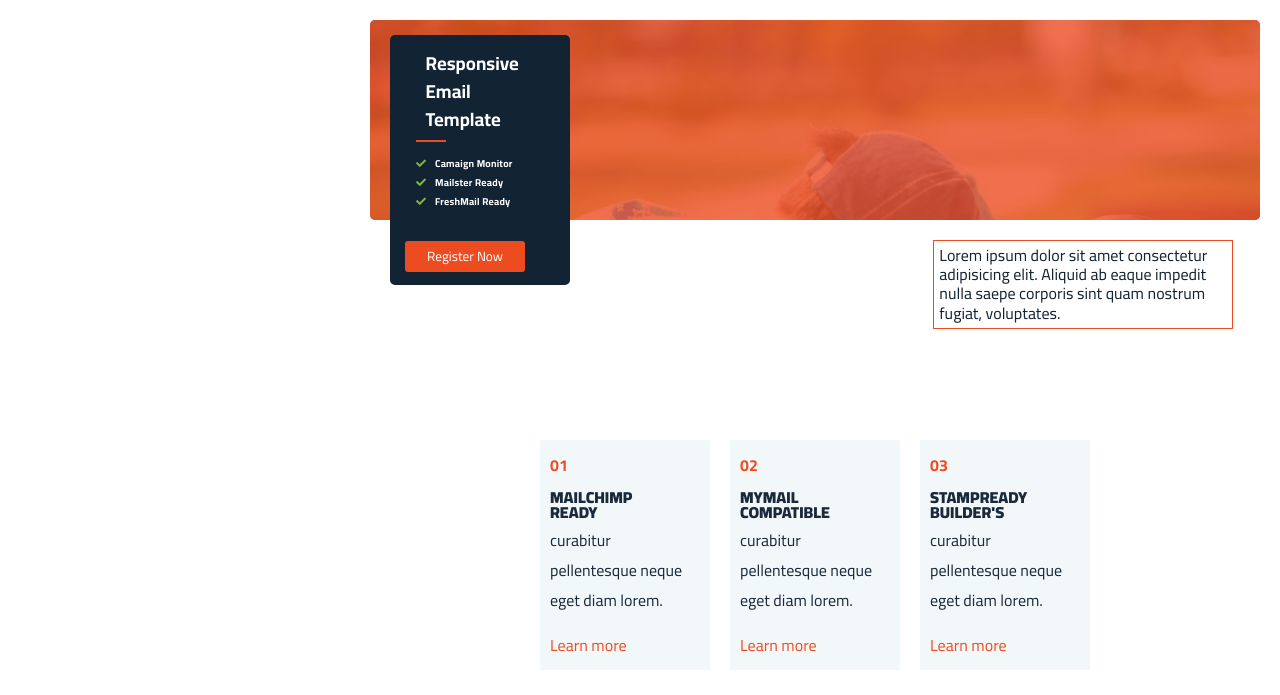
Repository: Z-ayat/Challenges
Page: Challenge 3/index.html
The author's editor kept a copy of each file at every save. The page is drawn from the files as they stood at one save, then again after the next save.
The browser window is 1280 px wide. The pictures show the part of the page from y = 0 to 695 px (the page is 903 px tall).
Pictures or frames that could not be fetched are drawn as grey boxes.

Above is the page before, as saved 2021-09-04 03:00:35.

### Challenge 3/index.html
<!DOCTYPE html>
<html lang="en">

<head>
    <meta charset="UTF-8">
    <title>Responsive Mail</title>
    <link rel="stylesheet" href="styling/css/master.css">
    <link rel="stylesheet" href="styling/css/all.min.css">
    <link rel="preconnect" href="https://fonts.googleapis.com">
    <link rel="preconnect" href="https://fonts.gstatic.com" crossorigin>
    <link href="https://fonts.googleapis.com/css2?family=Cairo:wght@400;600;700;900&display=swap" rel="stylesheet">
</head>

<body>
    <div class="layout">
        <div class="header">
            <div class="pop">
                <h3>Responsive Email Template</h3>
                <div class="checked">
                    <p class="green-right">Camaign Monitor</p>
                    <p class="green-right">Mailster Ready</p>
                    <p class="green-right">FreshMail Ready</p>
                </div>
                <button class="reg">Register Now</button>
            </div>
        </div>
        <div class="nthere">
            <div class="bord">
                <p>Lorem ipsum dolor sit amet consectetur adipisicing elit. Aliquid ab eaque impedit nulla saepe corporis sint quam nostrum fugiat, voluptates.</p>
            </div>
        </div>
        <div class="cards">
            <div class="one">
                <h4>01</h4>
                <p class="heading-of-card">mailchimp ready</p>
                <p class="card-shits">curabitur pellentesque neque eget diam lorem.</p>
                <p class="learnmore">Learn more </p>

            </div>
            <div class="two">
                <h4>02</h4>
                <p class="heading-of-card">mymail compatible</p>
                <p class="card-shits">curabitur pellentesque neque eget diam lorem.</p>
                <p class="learnmore">Learn more </p>
            </div>
            <div class="three">
                <h4>03</h4>
                <p class="heading-of-card">stampready builder's</p>
                <p class="card-shits">curabitur pellentesque neque eget diam lorem.</p>
                <p class="learnmore">Learn more </p>
            </div>
        </div>
        <div class="foot">
            <div class="op"></div>
            <h3>Article title</h3>
            <p class="eot">Curabitur pellentesque neque eget diam lorem porta. Quisque ut nulla at nunc vehicula posuere placerat eget purus vel lacinia.</p>
            <button class="LMB">LEARN MORE</button><img src="styling/img/architecture-modern-minimal-home.jpg" width="165px" height="165px" alt="">
        </div>
    </div>
    </div>
</body>

</html>

### Challenge 3/styling/css/master.css
* {
    padding: 0;
    margin: 0;
    box-sizing: border-box;
}

:root {
    --maincolor: #122333;
    --secondrycolor: #ED4C21;
    --fontcolor: white;
    /* --anothercolor:; */
    --mainfont: 'Cairo', sans-serif;
    --cardsbgc: #F2F8FA;
    --mainrad: 5px;
}

h3 {
    width: 124px;
    font-family: var(--mainfont);
    color: var(--fontcolor);
}

.layout {
    padding: 20px;
    display: grid;
    gap: 10px;
    grid-template-rows: 200px 200px 245px 200px;
    grid-template-columns: 1fr 600حء 1fr;
    height: 100vh;
}

.header {
    position: relative;
    grid-column-start: 2;
    width: 100%;
    height: 200px;
    background: url(../img/images-24_1080x.jpg);
    background-repeat: no-repeat;
    background-size: cover;
    border-radius: var(--mainrad);
    -webkit-border-radius: var(--mainrad);
    -moz-border-radius: var(--mainrad);
    -ms-border-radius: var(--mainrad);
    -o-border-radius: var(--mainrad);
}

.header::after {
    height: 100%;
    width: 100%;
    position: absolute;
    left: 0;
    top: 0;
    z-index: 0;
    background-color: var(--secondrycolor);
    content: "";
    opacity: 0.8;
    border-radius: var(--mainrad);
    -webkit-border-radius: var(--mainrad);
    -moz-border-radius: var(--mainrad);
    -ms-border-radius: var(--mainrad);
    -o-border-radius: var(--mainrad);
}

.green-right {
    position: relative;
    margin-left: 30px;
    font-size: 10px;
    font-weight: bold;
    letter-spacing: 0.23px;
    color: var(--fontcolor);
    font-family: var(--mainfont);
}

.checked {
    margin-top: 20px;
    background-color: var(--maincolor);
}

.pop {
    position: absolute;
    left: 20px;
    top: 15px;
    padding-top: 5px;
    padding-left: 15px;
    border-radius: var(--mainrad);
    width: 180px;
    height: 250px;
    background-color: var(--maincolor);
    z-index: 2;
    -webkit-border-radius: var(--mainrad);
    -moz-border-radius: var(--mainrad);
    -ms-border-radius: var(--mainrad);
    -o-border-radius: var(--mainrad);
}

.pop h3 {
    line-height: 1.5;
    position: relative;
    margin: 10px auto;
}

.pop h3::after {
    position: absolute;
    content: "";
    height: 2px;
    width: 30px;
    bottom: -8px;
    left: -10px;
    background-color: var(--secondrycolor);
}

.green-right::before {
    position: absolute;
    top: 4px;
    display: block;
    left: -19px;
    color: #81B73E;
    font-family: "Font Awesome 5 Free";
    font-weight: 900;
    content: "\f00c";
}

.green-right::before {
    display: inline-block;
    font-style: normal;
    font-variant: normal;
    text-rendering: auto;
    -webkit-font-smoothing: antialiased;
}

.reg {
    padding: 3px;
    width: 120px;
    color: var(--fontcolor);
    background-color: var(--secondrycolor);
    outline: none;
    border: none;
    border-radius: 3px;
    margin: 30px 0 20px 0px;
    font-family: var(--mainfont);
    -webkit-border-radius: 3px;
    -moz-border-radius: 3px;
    -ms-border-radius: 3px;
    -o-border-radius: 3px;
}

.nthere {
    grid-column-start: 2;
    grid-row-start: 2;
    position: relative;
}

.bord {
    border: var(--secondrycolor) solid 1px;
    padding: 5px;
    width: 300px;
    position: absolute;
    top: 10px;
    right: 3%;
    font-family: var(--mainfont);
    line-height: 1.2;
    color: var(--maincolor);
}

.cards {
    display: grid;
    gap: 20px;
    grid-template-columns: repeat(3, 170px);
    justify-content: center;
    grid-column-start: 2;
    grid-row-start: 3;
}

.one,
.two,
.three {
    padding: 10px;
    height: max-content;
    background-color: var(--cardsbgc);
}

h4 {
    color: var(--secondrycolor);
    font-family: var(--mainfont);
    margin-bottom: 10px;
}

.heading-of-card {
    margin-bottom: 5px;
    text-transform: uppercase;
    font-weight: 800;
    width: 20px;
    line-height: 0.95;
}

.card-shits {
    margin-bottom: 15px;
    color: #7F7F7F;
    width: 150px;
}

.heading-of-card,
.card-shits {
    color: #1A2A3A;
    font-family: var(--mainfont);
}

.learnmore {
    font-family: var(--mainfont);
    color: var(--secondrycolor);
}

.foot {
    width: 100%;
    position: relative;
    background: url(../img/pexels-suzukii-xingfu-708764.jpg);
    height: 100%;
    background-size: cover;
    background-position: center;
    grid-column-start: 2;
    border-radius: var(--mainrad);
    padding: 15px;
    -webkit-border-radius: var(--mainrad);
    -moz-border-radius: var(--mainrad);
    -ms-border-radius: var(--mainrad);
    -o-border-radius: var(--mainrad);
}

.foot img {
    position: absolute;
    top: 9%;
    right: 6%;
}

.eot {
    margin-top: 10px;
    color: var(--fontcolor);
    width: 250px;
}

.foot h3 {
    position: relative;
    margin-top: 10px;
}

.foot h3::after {
    position: absolute;
    content: "";
    height: 2px;
    width: 30px;
    bottom: -2px;
    left: 0px;
    background-color: var(--secondrycolor);
}

.LMB {
    padding: 3px;
    width: 120px;
    color: var(--fontcolor);
    background-color: var(--secondrycolor);
    outline: none;
    border: none;
    border-radius: 3px;
    margin: 15px 0 20px 0px;
    font-family: var(--mainfont);
    -webkit-border-radius: 3px;
    -moz-border-radius: 3px;
    -ms-border-radius: 3px;
    -o-border-radius: 3px;
}

.foot::after {
    isolation: isolate;
    z-index: -1;
    height: 100%;
    width: 100%;
    position: absolute;
    left: 0;
    top: 0;
    z-index: 0;
    background-color: var(--maincolor);
    content: "";
    opacity: 0.8;
    border-radius: var(--mainrad);
    -webkit-border-radius: var(--mainrad);
    -moz-border-radius: var(--mainrad);
    -ms-border-radius: var(--mainrad);
    -o-border-radius: var(--mainrad);
}

Loaded but not shown: Challenge 3/styling/css/all.min.css (library)

After the next save:
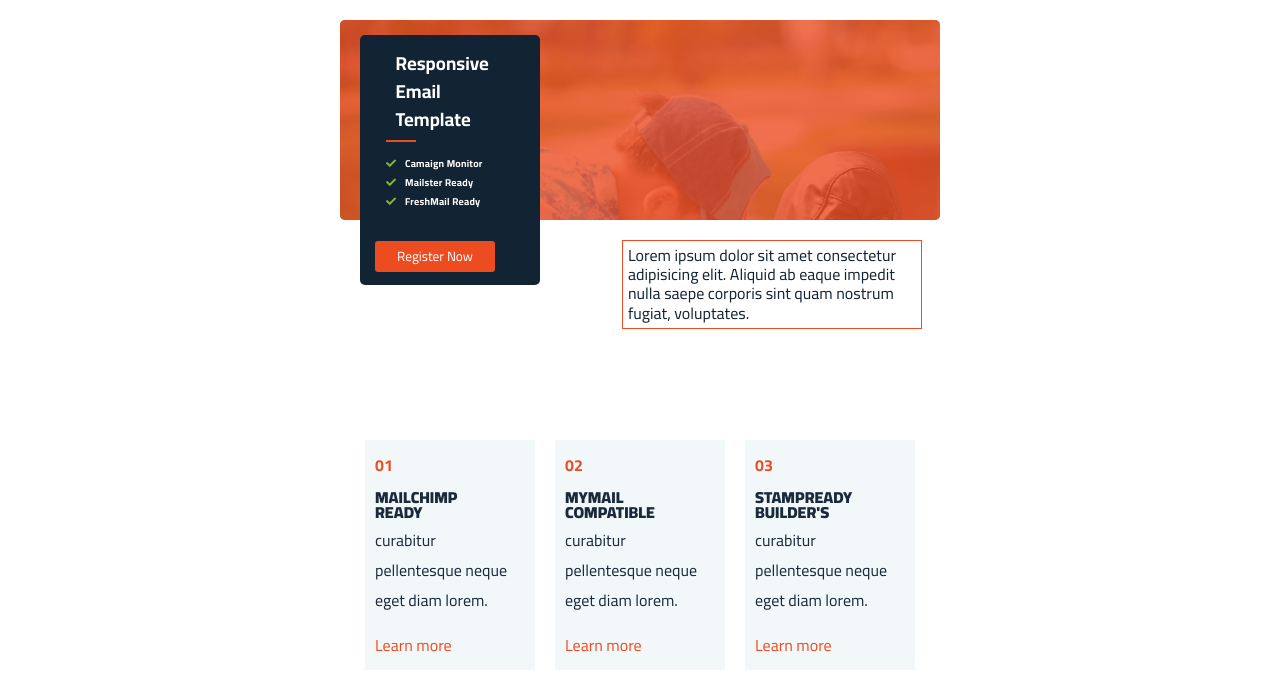
Saved 4 s later.
--- a/Challenge 3/styling/css/master.css
+++ b/Challenge 3/styling/css/master.css
@@ -25,7 +25,7 @@ h3 {
     display: grid;
     gap: 10px;
     grid-template-rows: 200px 200px 245px 200px;
-    grid-template-columns: 1fr 600حء 1fr;
+    grid-template-columns: 1fr 600px 1fr;
     height: 100vh;
 }
 
